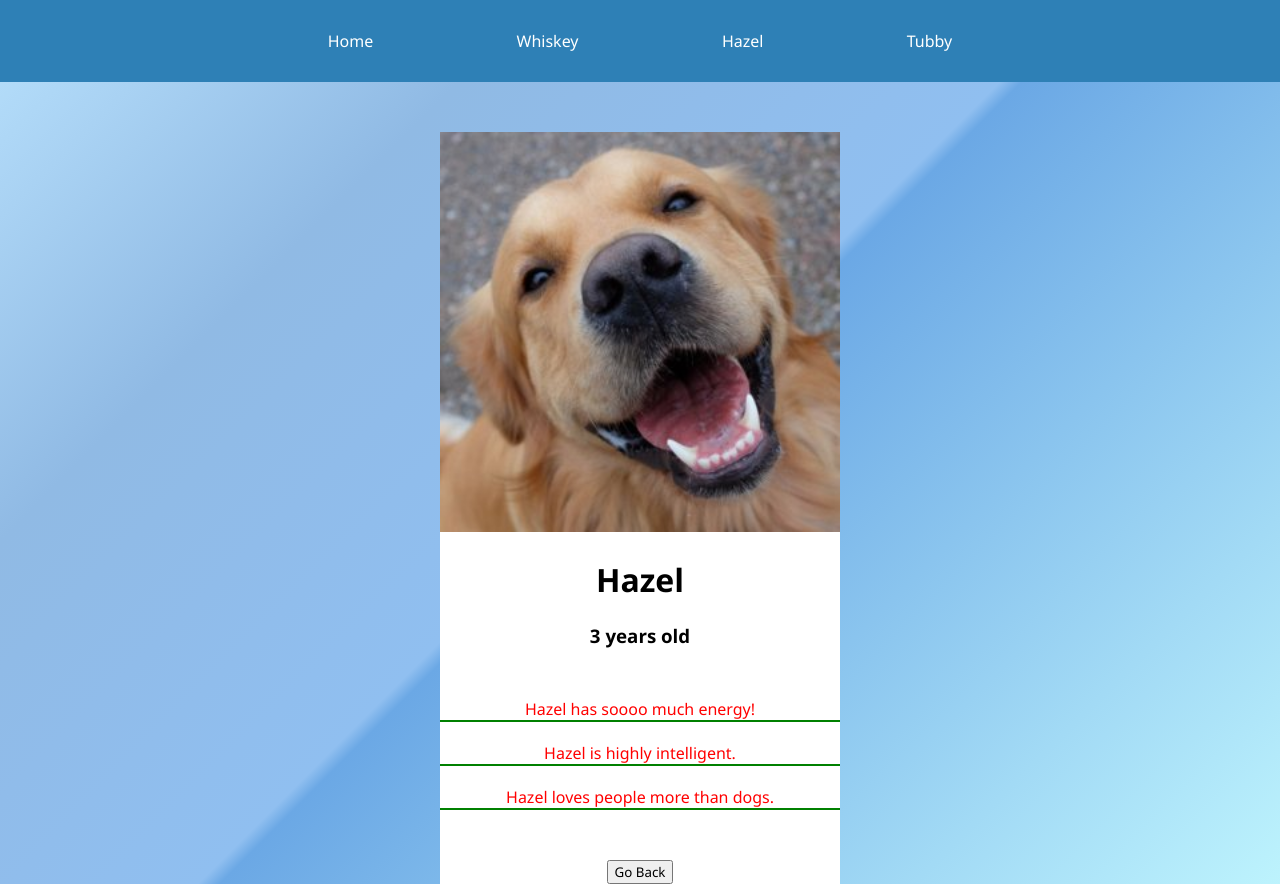
Repository: johnmutina/dog-finder
Page: /dogs/Hazel
The author's editor kept a copy of each file at every save. The page is drawn from the files as they stood at one save, then again after the next save.
The browser window is 1280 px wide. The pictures show the whole page.
The project was rebuilt for these pictures with package versions that can differ from the ones it lists, and the page was loaded fresh each time. Also part of the build but not shown: src/DogFinder.css, src/DogFinder.js.

Above is the page before, as saved 2019-07-28 15:38:17.

After the next save:
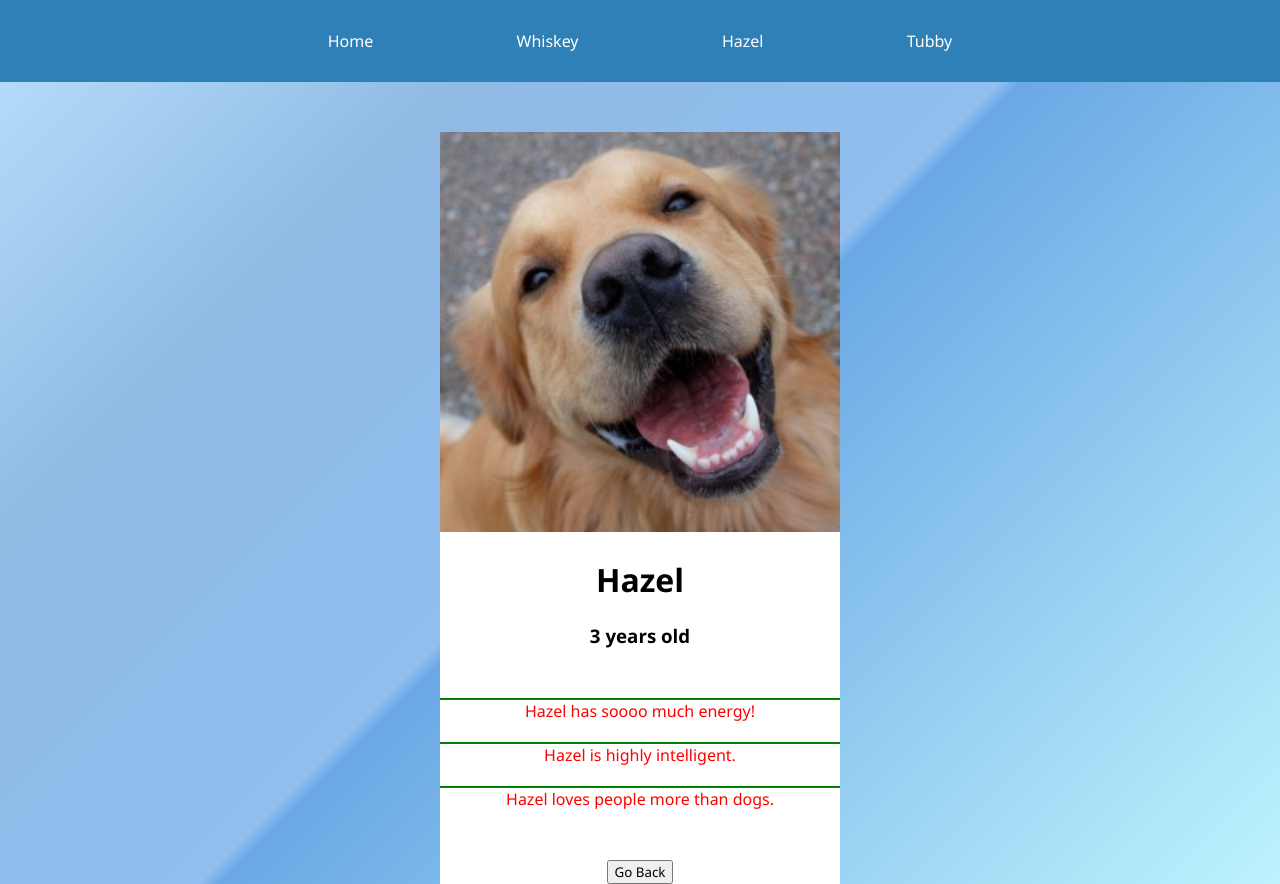
Saved 7 s later.
--- a/src/Dog.css
+++ b/src/Dog.css
@@ -19,5 +19,5 @@
 .Dog ul li {
   color: red;
   margin-bottom: 20px;
-  border-bottom: 2px solid green;
+  border-top: 2px solid green;
 }
